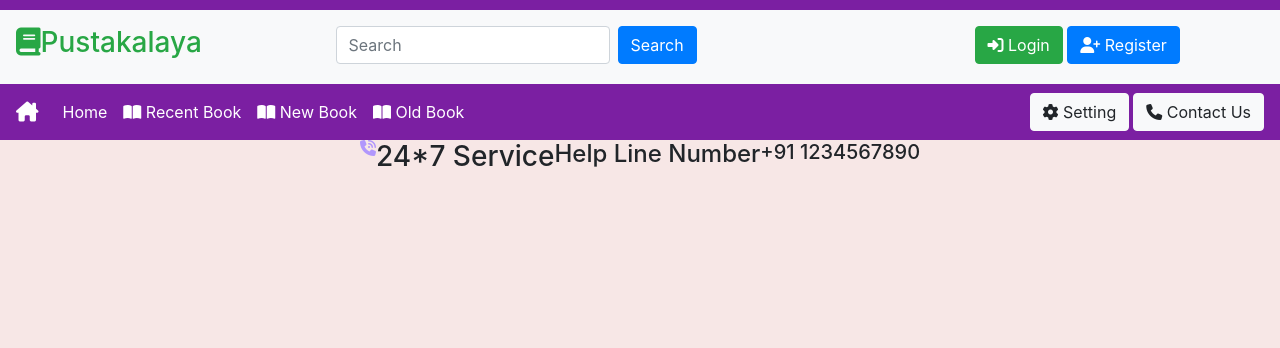
Repository: kalaprabhakar/Pustakalay_Web_Application
Page: http://localhost/E_Book_Management/helpline.jsp
An editor plug-in stored every save of this project. The page is shown before and after the next save, followed by the edit.
The browser window is 1280 px wide. The pictures show the whole page.
Some web libraries are served in a nearby version. The page is served by Tomcat 10. Other server files are loaded and not shown.

Above is the page before, as saved 2024-02-28 15:13:47.

### E_Book_Management/src/main/webapp/helpline.jsp
<%@ page language="java" contentType="text/html; charset=ISO-8859-1"
    pageEncoding="ISO-8859-1"%>
<!DOCTYPE html>
<html>
<head>
<meta charset="ISO-8859-1">
<title>Help Line</title>
<%@ include file="all_component/allcss.jsp"%>
</head>
<body style="background-color: #f7e7e6">
	<%@ include file="all_component/navbar.jsp"%>

	<div class="d-flex justify-content-center align-item-center">
	 <i class="fa-solid fa-phone-volume" style="color: #B197FC;"></i>
	 <h3>24*7 Service</h3>
	 <h4>Help Line Number</h4>
	 <h5>+91 1234567890</h5>
	</div>

</body>
</html>

### E_Book_Management/src/main/webapp/all_component/allcss.jsp
<link rel="stylesheet"
	href="https://cdn.jsdelivr.net/npm/bootstrap@4.0.0/dist/css/bootstrap.min.css"
	integrity="sha384-Gn5384xqQ1aoWXA+058RXPxPg6fy4IWvTNh0E263XmFcJlSAwiGgFAW/dAiS6JXm"
	crossorigin="anonymous">

<script src="https://code.jquery.com/jquery-3.2.1.slim.min.js"
	integrity="sha384-KJ3o2DKtIkvYIK3UENzmM7KCkRr/rE9/Qpg6aAZGJwFDMVNA/GpGFF93hXpG5KkN"
	crossorigin="anonymous"></script>
<script
	src="https://cdn.jsdelivr.net/npm/popper.js@1.12.9/dist/umd/popper.min.js"
	integrity="sha384-ApNbgh9B+Y1QKtv3Rn7W3mgPxhU9K/ScQsAP7hUibX39j7fakFPskvXusvfa0b4Q"
	crossorigin="anonymous"></script>
<script
	src="https://cdn.jsdelivr.net/npm/bootstrap@4.0.0/dist/js/bootstrap.min.js"
	integrity="sha384-JZR6Spejh4U02d8jOt6vLEHfe/JQGiRRSQQxSfFWpi1MquVdAyjUar5+76PVCmYl"
	crossorigin="anonymous"></script>
<link rel="stylesheet"
	href="https://cdnjs.cloudflare.com/ajax/libs/font-awesome/6.5.1/css/all.min.css"
	integrity="sha512-DTOQO9RWCH3ppGqcWaEA1BIZOC6xxalwEsw9c2QQeAIftl+Vegovlnee1c9QX4TctnWMn13TZye+giMm8e2LwA=="
	crossorigin="anonymous" referrerpolicy="no-referrer" />

	<link  rel="stylesheet" href="all_component/style.css"/>

### E_Book_Management/src/main/webapp/all_component/navbar.jsp
<%@ taglib prefix="c" uri="http://java.sun.com/jsp/jstl/core"%>
<%@ page isELIgnored="false" %>

<div class="container-fluid" style="height : 10px ; background-color:  #7B1FA2 "></div>

<div class="container-fluid p-3 bg-light">
 <div class="row">
     <div class="col-md-3 text-success">
        <h3 > <i class="fa-solid fa-book"></i>Pustakalaya</h3>
     </div>
    <div class="col-md-6">
       <form class="form-inline my-2 my-lg-0">
      <input class="form-control mr-sm-2" type="search" placeholder="Search" aria-label="Search">
      <button class="btn btn-primary my-2 my-sm-0" type="submit">Search</button>
    </form>

    </div>
    <c:if test="${not empty userobj }">
    <div class="col-md-3">

    <a href="checkout.jsp" class="btn btn-ligh"><i class="fa-solid fa-cart-shopping  "></i></a>

      <a href="" class="btn btn-success"><i class="fa-solid fa-user-plus"></i>${userobj.name }</a>
      <a href="logout" class="btn btn-primary"><i class="fa-solid fa-right-to-bracket"></i> Logout</a>

    </div>

    </c:if>

    <c:if test="${ empty userobj }">
    <div class="col-md-3">
      <a href="login.jsp" class="btn btn-success"><i class="fa-solid fa-right-to-bracket"></i> Login</a>
      <a href="register.jsp" class="btn btn-primary"><i class="fa-solid fa-user-plus"></i> Register</a>

    </div>

    </c:if>

 </div>


</div>

<nav class="navbar navbar-expand-lg navbar-dark bg-custom">
  <a class="navbar-brand" href="#"><i class="fa-solid fa-house-chimney"></i></a>
  <button class="navbar-toggler" type="button" data-toggle="collapse" data-target="#navbarSupportedContent" aria-controls="navbarSupportedContent" aria-expanded="false" aria-label="Toggle navigation">
    <span class="navbar-toggler-icon"></span>
  </button>

  <div class="collapse navbar-collapse" id="navbarSupportedContent">
    <ul class="navbar-nav mr-auto">
      <li class="nav-item active">
        <a class="nav-link" href="index.jsp">Home <span class="sr-only">(current)</span></a>
      </li>
      <li class="nav-item active">
        <a class="nav-link" href="all_recent_book.jsp"> <i class="fa-solid fa-book-open"></i> Recent Book</a>
      </li>
      <li class="nav-item active">
        <a class="nav-link" href="all_new_book.jsp"> <i class="fa-solid fa-book-open"></i> New Book</a>
      </li>

      </li>
      <li class="nav-item active">
        <a class="nav-link disabled" href="all_old_book.jsp"> <i class="fa-solid fa-book-open"></i> Old Book</a>
      </li>
    </ul>
    <form class="form-inline my-2 my-lg-0">
      <a href="setting.jsp" class="btn btn-light my-2 my-sm-0" type="submit"><i class="fa-solid fa-gear"></i> Setting</a>
      <button class="btn btn-light my-2 my-sm-0 ml-1" type="submit"><i class="fa-solid fa-phone"></i> Contact Us</button>
    </form>
  </div>
</nav>

### E_Book_Management/src/main/webapp/all_component/style.css
.bg-custom {
	background-color : #7B1FA2 ;
}

.navbar .nav-item:hover .nav-link{

	background-color: white;
	color : black;
	border-radius : 20px ;
}

After the next save:
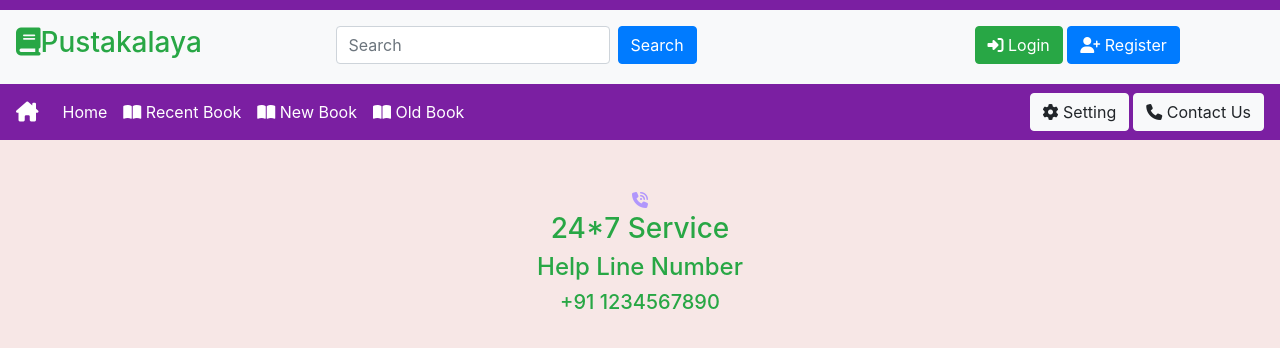
Saved 3 min 22 s later.
--- a/E_Book_Management/src/main/webapp/helpline.jsp
+++ b/E_Book_Management/src/main/webapp/helpline.jsp
@@ -10,12 +10,20 @@
 <body style="background-color: #f7e7e6">
 	<%@ include file="all_component/navbar.jsp"%>
 
-	<div class="d-flex justify-content-center align-item-center">
-	 <i class="fa-solid fa-phone-volume" style="color: #B197FC;"></i>
+    <div class="container">
+    <div class="row p-5">
+    <div class="col-md-4 offset-md-4 text-center">
+    <div class="text-success">
+    <i class="fa-solid fa-phone-volume" style="color: #B197FC;"></i>
 	 <h3>24*7 Service</h3>
 	 <h4>Help Line Number</h4>
 	 <h5>+91 1234567890</h5>
-	</div>
+    </div>
+
+    </div>
+
+    </div>
+    </div>
 
 </body>
 </html>
